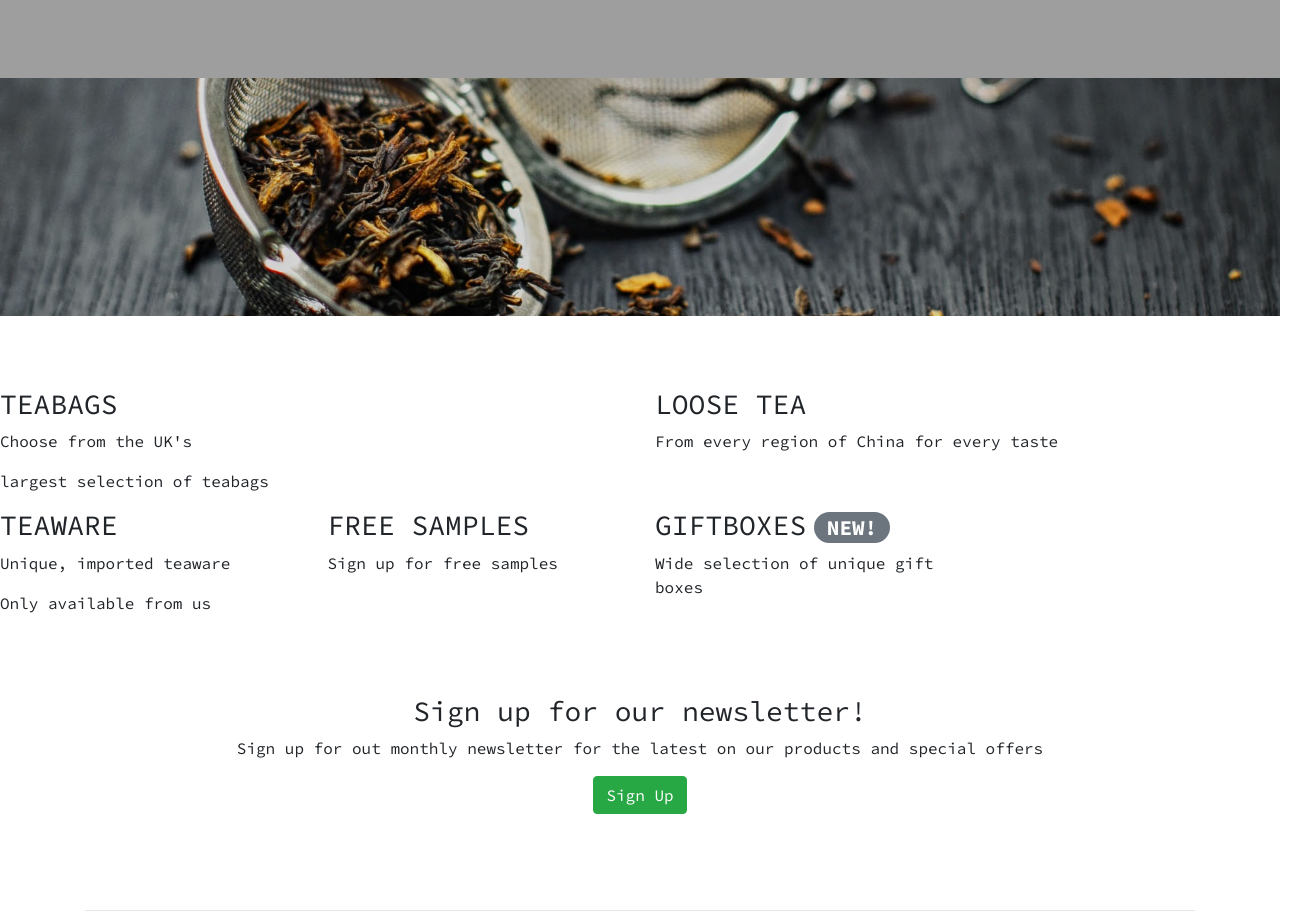
Repository: Code-Institute-Submissions/china-tea
Page: index.html
The author's editor kept a record of every edit. The page is drawn from the files as they stood at one moment, then again after the next edit.
The browser window is 1280 px wide. The page is 1295 px wide, so the pictures cover 1295 px, including what lies to the right of the window. The pictures show the part of the page from y = 642 to 1566 px (the page is 2248 px tall).
Pictures or frames that could not be fetched are drawn as grey boxes. Backgrounds fixed to the window are drawn as part of the page. Some web libraries are served in a nearby version.

Above is the page before.

After the next edit:
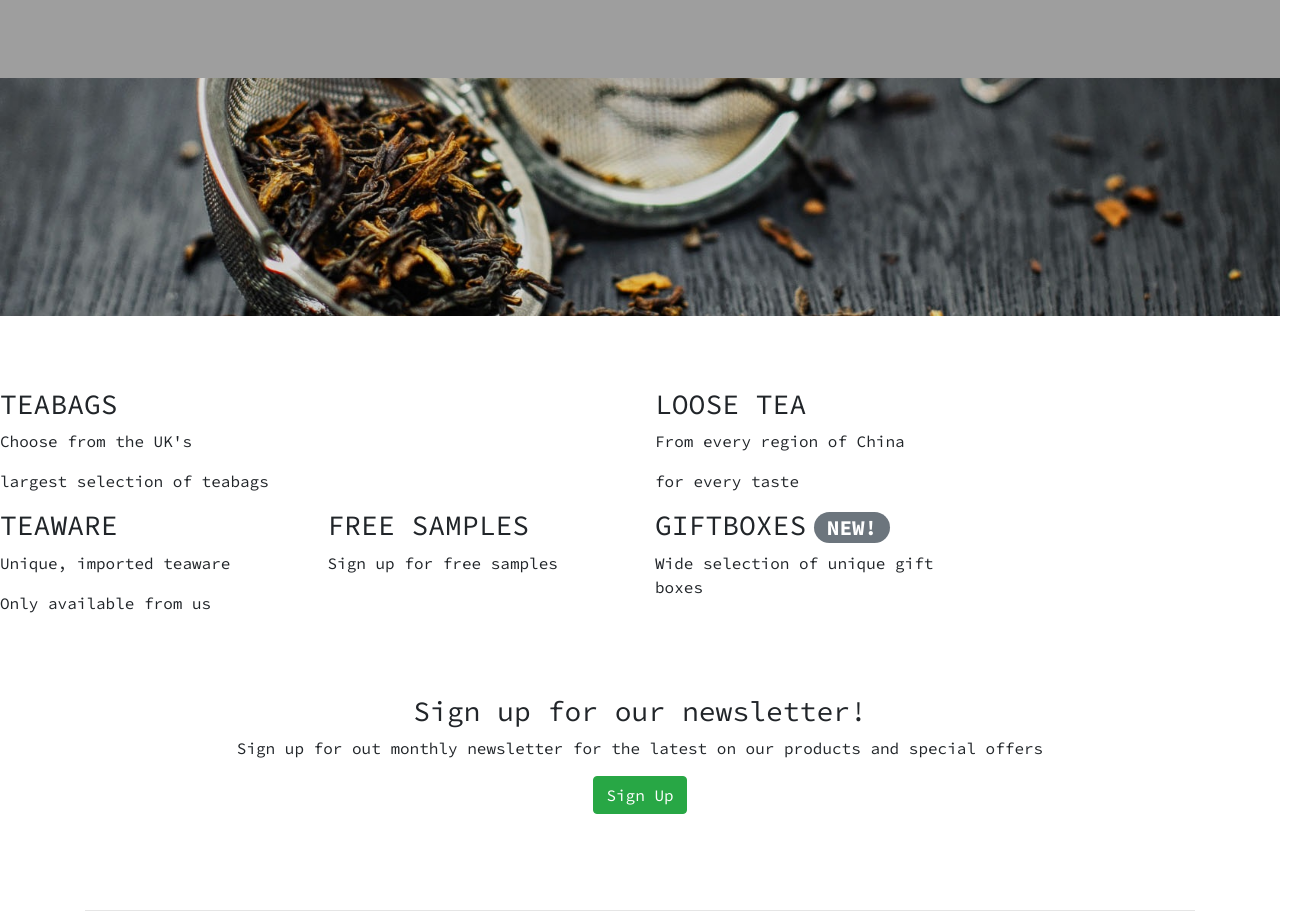
The edit:
--- a/index.html
+++ b/index.html
@@ -135,7 +135,8 @@
                 <div class="col-12 col-sm-6">
                     <div class="loosetea">
                         <h3 class="text-uppercase">Loose Tea</h3>
-                        <p>From every region of China for every taste</p>
+                        <p>From every region of China</p>
+                        <p>for every taste</p>
                     </div>
                 </div>
             </div>
